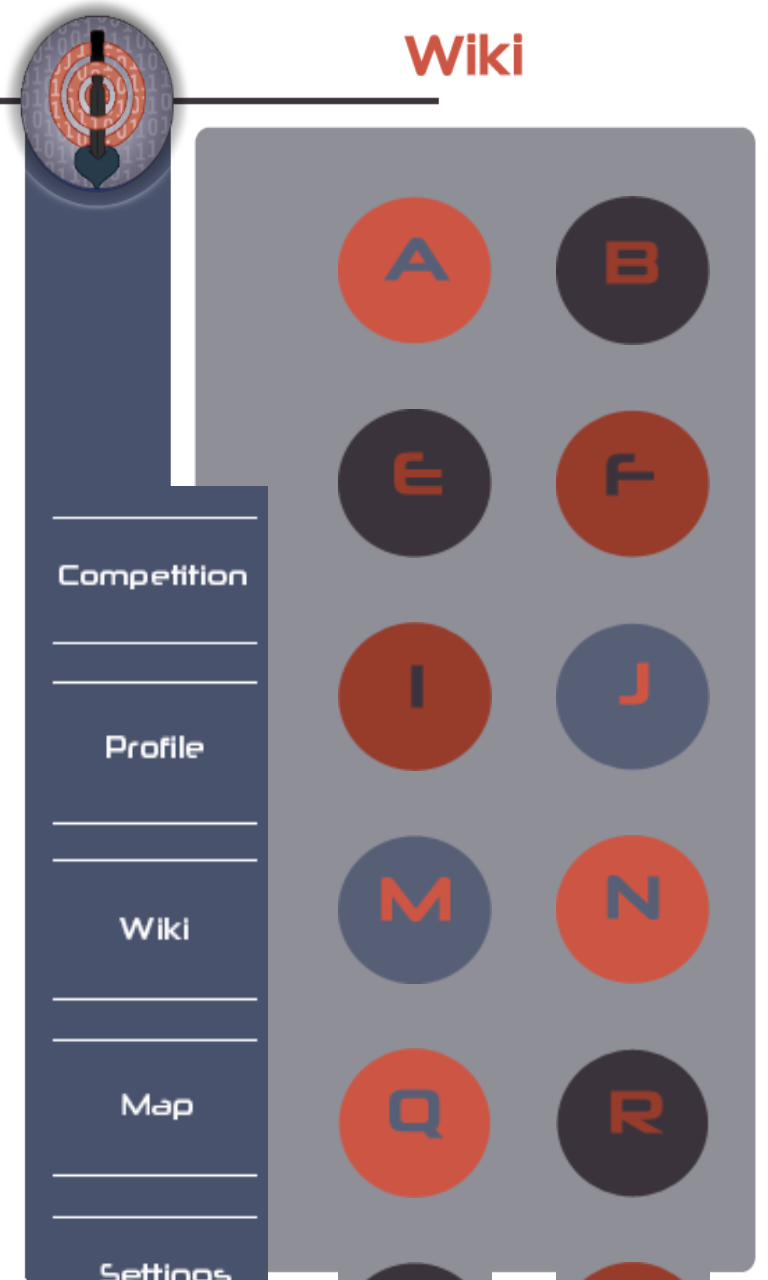
Repository: BU-HuangJ/angrybots_android_app
Layout: workspace/AngryBots/res/layout/activity_robot_wiki.xml
An editor plug-in stored every save of this project. The layout is shown before and after the next save, followed by the edit.
It is drawn on a 768 x 1280 px phone screen (xhdpi) without system bars, with theme AppTheme; the app's code is not run. Lists and similar views that code fills are empty.

Above is the layout before, as saved 2013-04-24 10:37:55.

After the next save:
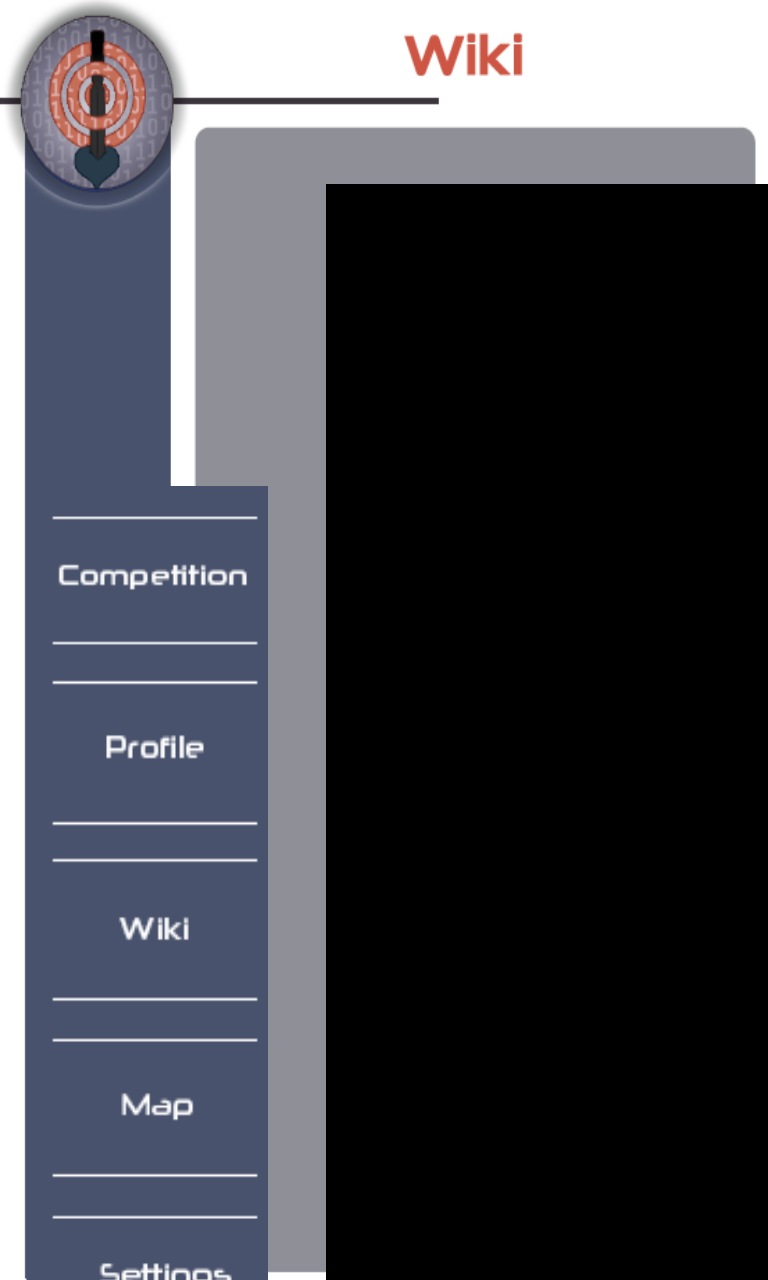
Saved 99 s later.
--- a/workspace/AngryBots/res/layout/activity_robot_wiki.xml
+++ b/workspace/AngryBots/res/layout/activity_robot_wiki.xml
@@ -278,7 +278,9 @@
 		    android:layout_width="fill_parent"
 		    android:layout_height="fill_parent"
 		    android:dividerHeight="10dp"
-		    android:layout_weight="1"
+		    android:background="#000000"
+		    android:drawSelectorOnTop="true"
+		    android:layout_gravity="center"
 		    android:scrollbarThumbVertical="@drawable/scrollbarbutton"
 		    android:divider="@android:drawable/divider_horizontal_dim_dark" >
 
